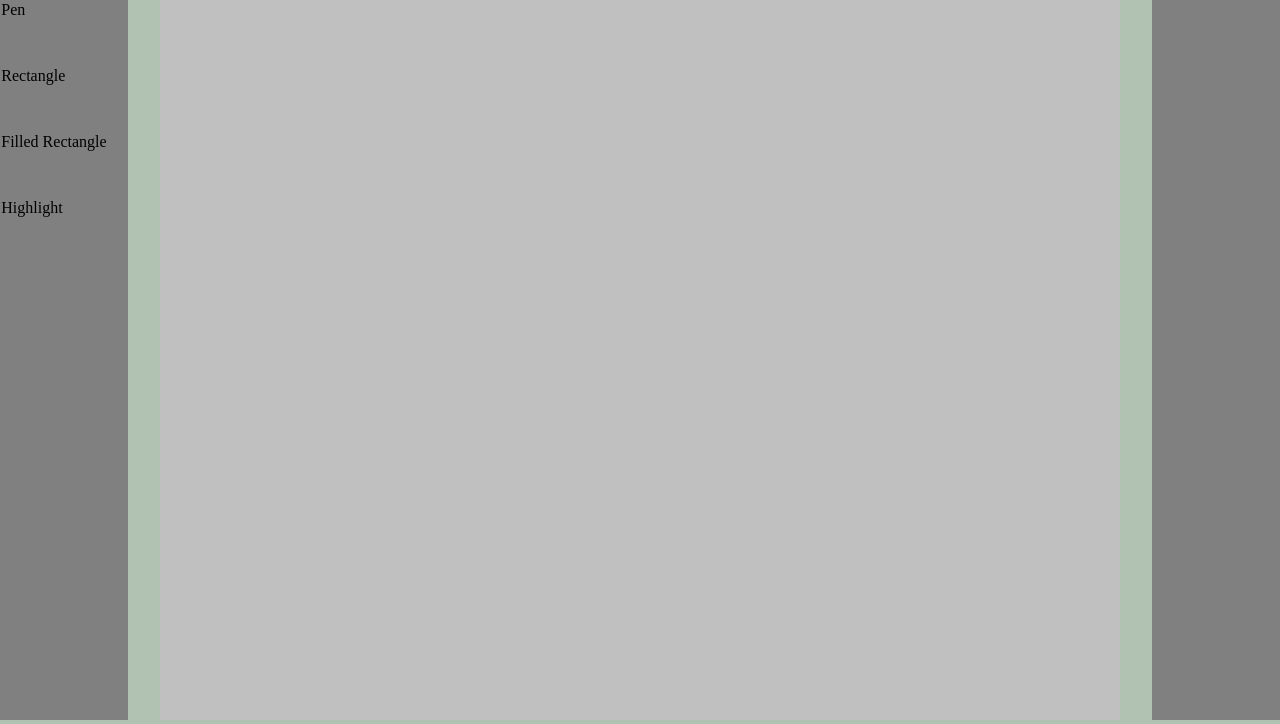
Repository: OrionDevelopers/projectwall
Page: http://localhost/slidePresenter.php
The author's editor kept a copy of each file at every save. The page is drawn from the files as they stood at one save, then again after the next save.
The browser window is 1280 px wide. The pictures show the whole page.
The page is run by PHP 8.4 with error messages shown; the project is at /var/www/html/.

Above is the page before, as saved 2013-04-20 19:46:12.

After the next save:
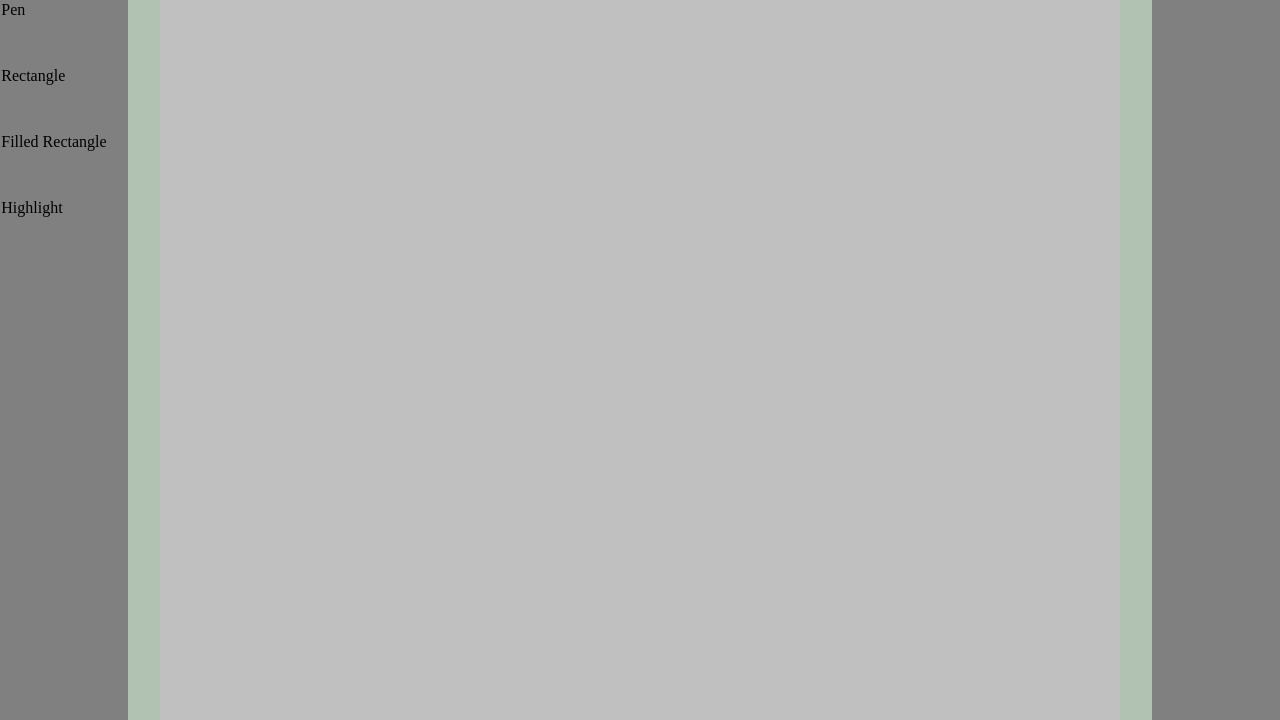
Console error: SyntaxError: Unexpected token ';'
Saved 28 s later.
--- a/slidePresenterPrototype2/presenterPrototype2/js/slidePresenter.js
+++ b/slidePresenterPrototype2/presenterPrototype2/js/slidePresenter.js
@@ -33,6 +33,7 @@
 	var rect = new Kinetic.Rect({
 		x:40,
 		y:50,
+		stroke:'black';
 		height:300,
 		width:300,
 		fill:'transparent'

After the save that followed:
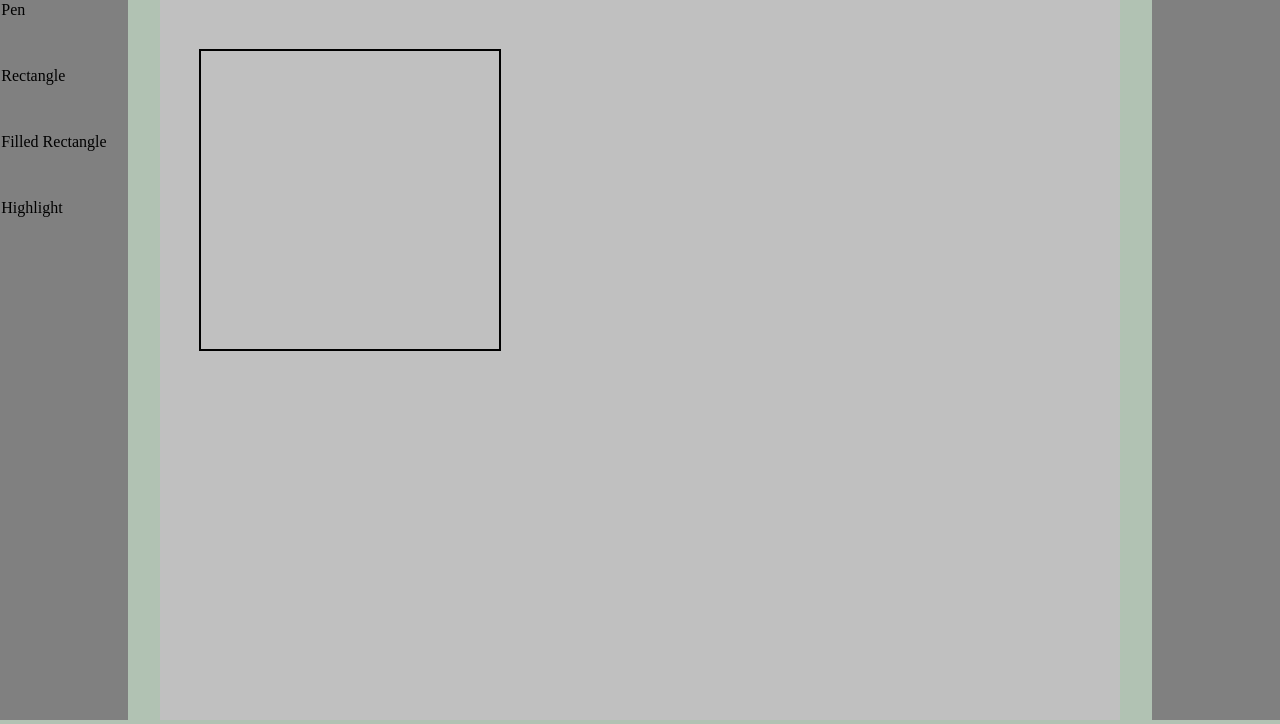
The error is gone.
Saved 7 s later.
--- a/slidePresenterPrototype2/presenterPrototype2/js/slidePresenter.js
+++ b/slidePresenterPrototype2/presenterPrototype2/js/slidePresenter.js
@@ -33,7 +33,7 @@
 	var rect = new Kinetic.Rect({
 		x:40,
 		y:50,
-		stroke:'black';
+		stroke:'black',
 		height:300,
 		width:300,
 		fill:'transparent'
